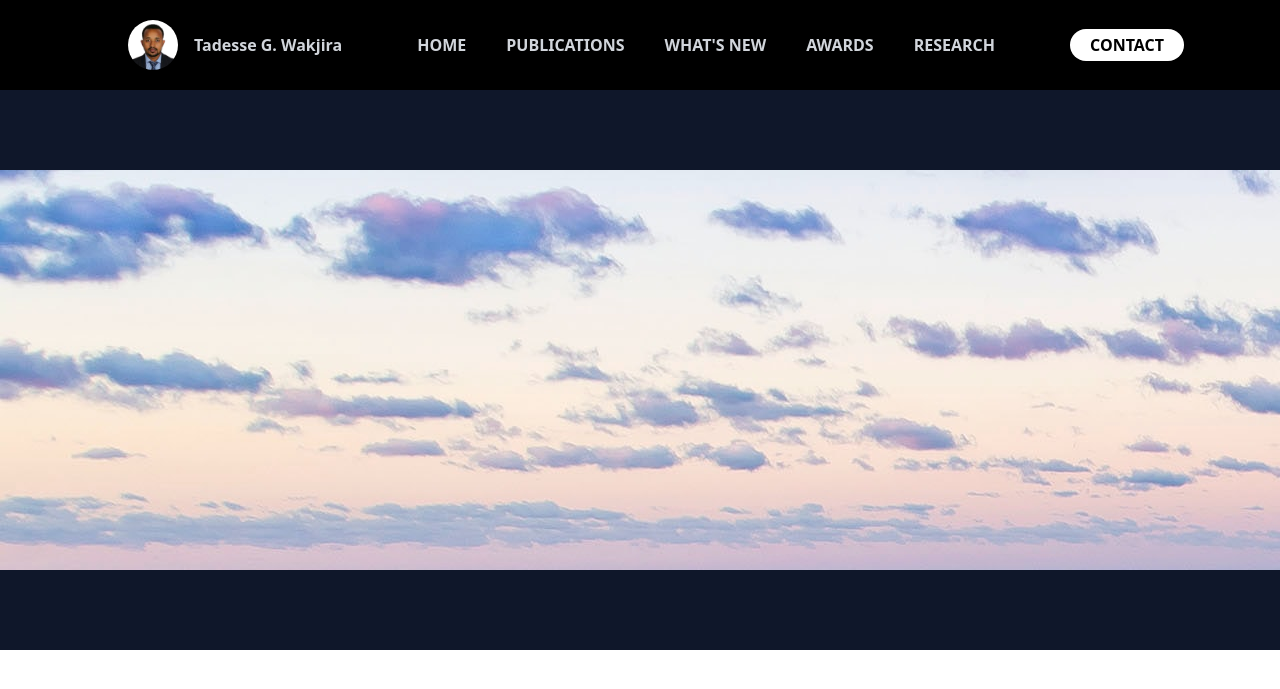
Repository: Elias-Kibret/Tade-portfoilo
Page: /
These files come from the project's save history. The page is drawn as it stood at one moment and after the next save; the edit follows.
The browser window is 1280 px wide. The pictures show the whole page.
The project was rebuilt for these pictures with package versions that can differ from the ones it lists, and the page was loaded fresh each time. The framework's server and built-in components were replaced by stand-ins that run in the browser. Also part of the build but not shown: next.config.js.

Above is the page before, as saved 2022-06-27 23:23:43.

### pages/index.tsx
import type { NextPage } from 'next'
import Head from 'next/head'
import Image from 'next/image'
import Header from '../components/Header'
import Hero from '../components/Hero'
const Home: NextPage = () => {
  return (
    <div>
      <Head>
        <title>Create Next App</title>
        <link rel="icon" href="/favicon.ico" />
      </Head>
      <Header/>
      <Hero/>
    </div>
  )
}

export default Home

### styles/globals.css
@tailwind base;
@tailwind components;
@tailwind utilities;

.hero{
    width:100%;
    height: 400px;
    background-image: url('../public/Img/MainHero.jpg');
}

### components/Header.tsx
import Head from "next/head"
import Link from "next/link"
import Image from "next/image"
import Logo from '../public/Img/Tadesse.png'
const Header = () => {
  return (
<header className=" bg-black font-semibold  pl-32 py-5 text-gray-300  ">
   <div className="flex justify-between items-center">
      <div className="flex items-center space-x-4">
    <Image src={Logo}   className="rounded-full" width={50} height={50}/>
    <span>Tadesse G. Wakjira</span>
      </div>
      <div className="flex justify-between">
        <nav className="flex list-none space-x-10  hidden md:inline-flex text-black-200">
            <li >
                <Link href="">
                    <a> HOME</a>
                </Link>
            </li>

            <li>
                <Link href="">
                    <a> PUBLICATIONS <span></span></a>
                </Link>
            </li>
            <li>
                <Link href="">
                    <a> WHAT'S NEW</a>
                </Link>
            </li>
            <li>
                <Link href="">
                    <a> AWARDS</a>
                </Link>
            </li>
            <li>
                <Link href="">
                    <a> RESEARCH</a>
                </Link>
            </li>

        </nav>

      </div>
      <div className="mr-24 bg-white text-black px-5 py-1  rounded-full">
        <Link href=""  >
                    <a> CONTACT</a>
                </Link>
        </div>
    </div>
</header>
  )
}

export default Header

### components/Hero.tsx
import heroImage from '../public/Img/Hr.png'
import Image from 'next/image'
const Hero = () => {
  return (
<main className="h-auto py-20 bg-slate-900 text-gray-400 "  >
<div className='hero'>


</div>
</main>
  )
}

export default Hero

Loaded but not shown: pages/_app.tsx (common file); tailwind.config.js (common file)

After the next save:
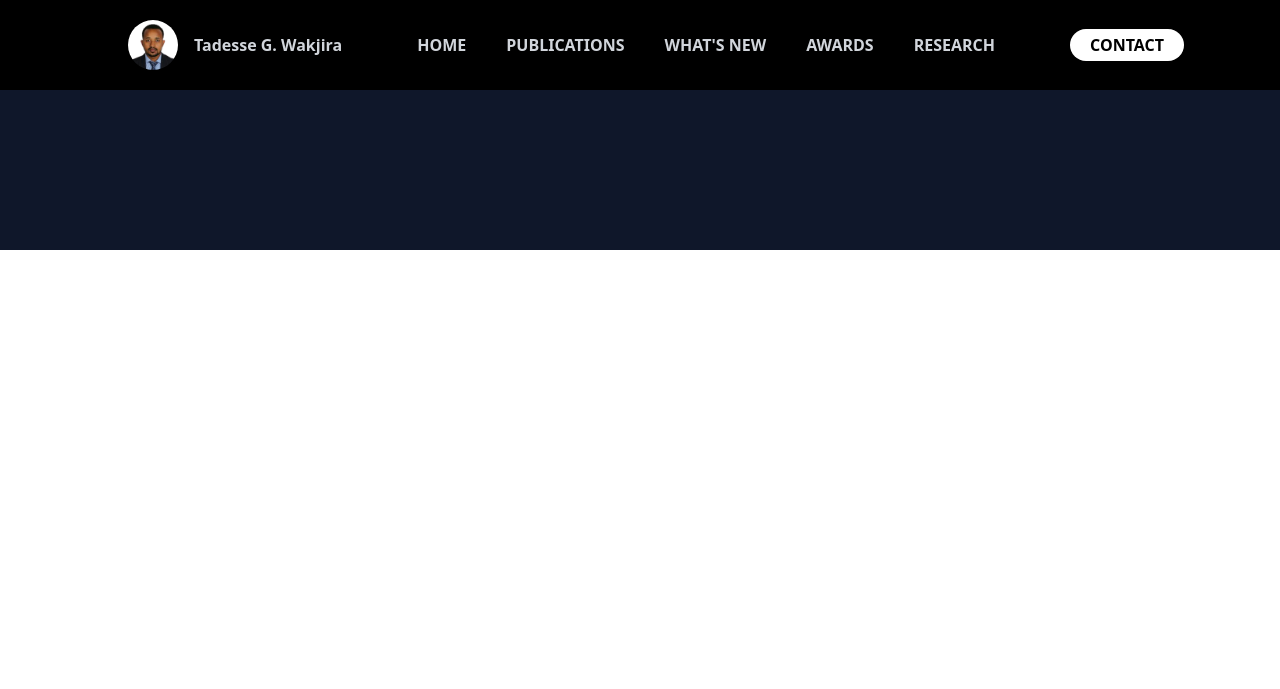
Saved 17 s later.
--- a/styles/globals.css
+++ b/styles/globals.css
@@ -4,6 +4,6 @@
 
 .hero{
     width:100%;
-    height: 400px;
+
     background-image: url('../public/Img/MainHero.jpg');
 }
